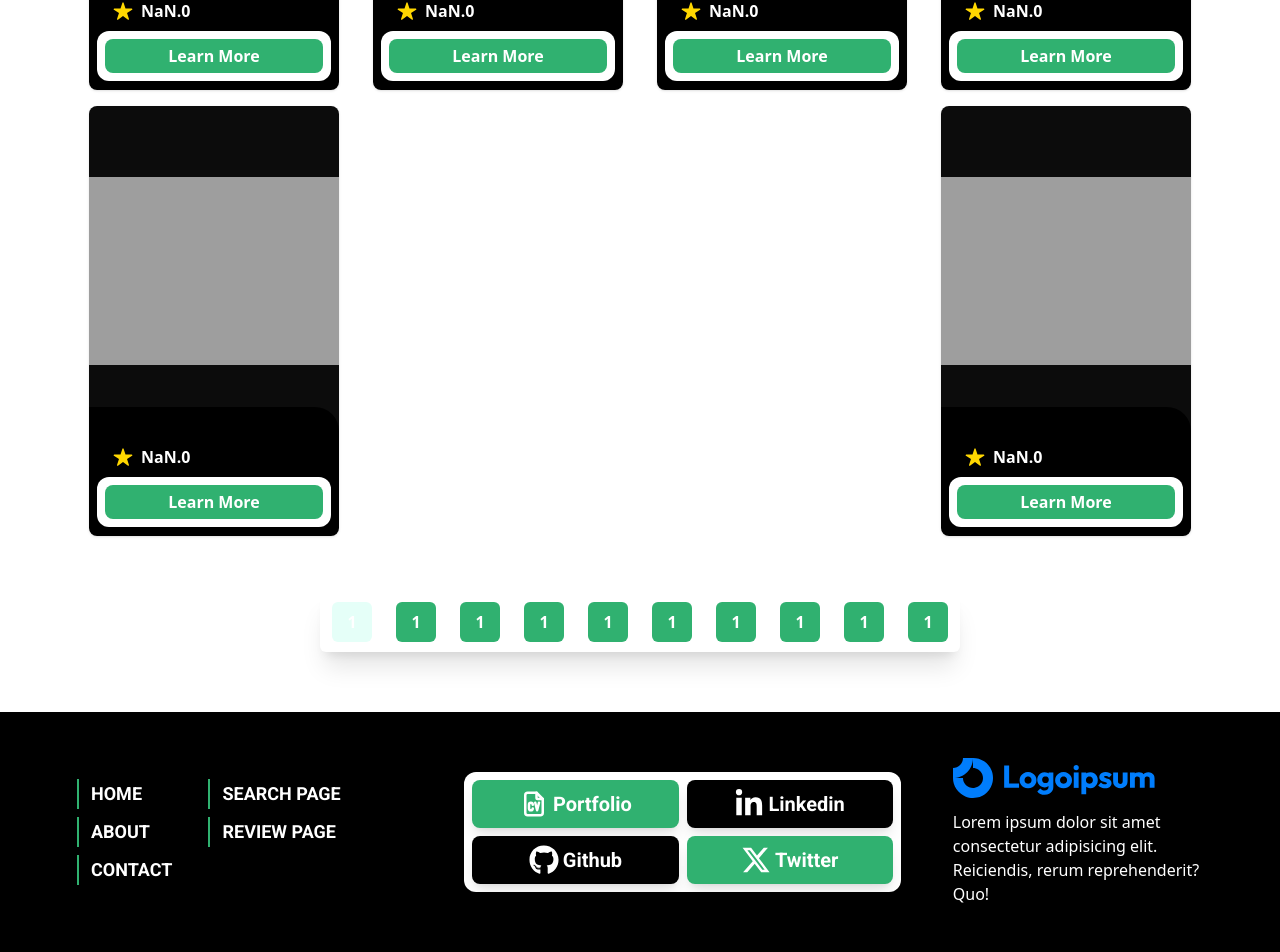
Repository: jayantatech/FrameFlick
Page: /movies
These files come from the project's save history. The page is drawn as it stood at one moment and after a run of saves; the edit follows.
The browser window is 1280 px wide. The pictures show the part of the page from y = 1136 to 2088 px (the page is 2088 px tall).
Pictures or frames that could not be fetched are drawn as grey boxes. The page's requests for data from a server got no answer. The project was rebuilt for these pictures with package versions that can differ from the ones it lists, and the page was loaded fresh each time. No one was signed in, and anything a server would have sent is missing. Also part of the build but not shown: vite.config.js, src/components/header/SearchBar.jsx, src/components/sliderComponent/button.css, src/components/sliderComponent/SliderComponent.jsx, src/pages/home/comingAttractions/ComingAttractions.jsx, src/pages/home/currentFavorites/CurrentFavorites.jsx, src/pages/home/movieGenres/MovieGenres.jsx, src/components/responsiveTitle/responsiveTitle.jsx and 11 more.

Above is the page before, as saved 2024-02-13 19:13:14.

### index.html
<!doctype html>
<html lang="en">

<head>
  <meta charset="UTF-8" />
  <link rel="icon" type="image/svg+xml" href="/vite.svg" />
  <meta name="viewport" content="width=device-width, initial-scale=1.0" />
  <link
    href="https://fonts.googleapis.com/css?family=Roboto:100,100italic,300,300italic,regular,italic,500,500italic,700,700italic,900,900italic"
    rel="stylesheet" />
  <link
    href="https://fonts.googleapis.com/css?family=Poppins:100,100italic,200,200italic,300,300italic,regular,italic,500,500italic,600,600italic,700,700italic,800,800italic,900,900italic"
    rel="stylesheet" />
  <title>Vite + React</title>
</head>

<body>
  <div id="root"></div>
  <script type="module" src="/src/main.jsx"></script>
</body>

</html>

### src/main.jsx
import React from "react";
import ReactDOM from "react-dom/client";
import App from "./App.jsx";
import "./index.css";
import { Provider } from "react-redux";
import store from "./store/Store.js";

ReactDOM.createRoot(document.getElementById("root")).render(
  <React.StrictMode>
    <Provider store={store}>
      <App />
    </Provider>
  </React.StrictMode>
);

### src/App.jsx
import React, { useEffect } from "react";
import ContentWrapper from "./components/contentWrapper/ContentWrapper";
import Header from "./components/header/Header";
import SearchBar from "./components/header/SearchBar";
import { fetchDataFromApi } from "./Utils/api";
import { useDispatch, useSelector } from "react-redux";
import { setFilmGenres, setUrl } from "./store/HomeSlice";
import Home from "./pages/home/Home";
import fetchData from "./components/hooks/fetchData";
import VideoPopBox from "./components/videoPopBox/VideoPopBox";
import Footer from "./components/footer/Footer";
import ReviewPage from "./pages/reviewPage/ReviewPage";
import { BrowserRouter, Route, Routes } from "react-router-dom";
import MoviePage from "./pages/moviePage/MoviePage";

/*
main green color - #58DAA8
2nd main color - #30b170
light green color - #E6FFF8
deep Green color - #409E7A
deep Green color 2 - #5EBEA3

*/

const App = () => {
  const { data, loading } = fetchData("configuration");

  const dispatch = useDispatch();
  useEffect(() => {
    dispatch(setUrl(`${data?.images.secure_base_url + "original"}`));
  }, [data]);

  const { data: genresData, loading: genresLoading } = fetchData(
    `genre/movie/list?language=en`
  );
  useEffect(() => {
    dispatch(setFilmGenres(genresData && genresData?.genres));
  }, [genresData]);

  return (
    <BrowserRouter>
      <VideoPopBox />
      <Header />
      <Routes>
        <Route path="/" element={<Home />} />
        <Route path="/review/:film/:id" element={<ReviewPage />} />
        <Route path="/movies" element={<MoviePage />} />
      </Routes>
      {/* <div className=" w-full h-[800px]"></div> */}
      <Footer />
    </BrowserRouter>
  );
};

export default App;

### src/components/contentWrapper/ContentWrapper.jsx
import React from "react";

const ContentWrapper = ({ children }) => {
  return <div className="w-full max-w-[1158px] mx-auto px-4">{children}</div>;
};

export default ContentWrapper;

### src/components/hooks/fetchData.jsx
import React, { useEffect, useState } from "react";
import { fetchDataFromApi } from "../../Utils/api";

const fetchData = (url) => {
  const [data, setData] = useState(null);
  const [loading, setLoading] = useState(null);
  const [error, setError] = useState(null);

  useEffect(() => {
    setLoading(true);
    setData(null);
    setError(null);
    fetchDataFromApi(url)
      .then((res) => {
        if (res?.status === 404) {
          throw new Error("Videos not found for this video");
        } else {
          return res.json();
        }
      })
      .then((data) => {
        setLoading(false);
        setData(data);
      })
      .catch((error) => setError("Something went wrong"));
  }, [url]);

  return { data, loading, error };
};

export default fetchData;

### src/components/videoPopBox/VideoPopBox.jsx
import React, { useEffect, useState } from "react";
import { IoClose } from "react-icons/io5";
import { useDispatch, useSelector } from "react-redux";
import { setVideoPopBox } from "../../store/HomeSlice";
import ReactPlayer from "react-player";

const VideoPopBox = () => {
  const [activeVideo, setActiveVideo] = useState(false);
  const [videoInfo, setVideoInfo] = useState([]);
  const dispatch = useDispatch();
  const { vidboxOn, vidBoxInfo } = useSelector(
    (state) => state.home.VideoPopBox
  );
  useEffect(() => {
    if (vidboxOn) setActiveVideo(vidboxOn);
    if (vidBoxInfo) setVideoInfo(vidBoxInfo);
  }, [vidboxOn, vidBoxInfo]);

  // useEffect(() => {
  //   if (activeVideo) {
  //     document.body.style.overflow = "hidden";
  //   } else {
  //     document.body.style.overflow = "auto";
  //   }
  // }, [activeVideo]);

  function hideVideoBox() {
    dispatch(setVideoPopBox([{ vidBoxOnPass: false, vidBoxInfoPass: {} }]));
    setActiveVideo(false);
  }

  return (
    <div
      className={` fixed w-screen h-screen top-0 left-0 ${
        activeVideo ? "block z-40" : "hidden -z-0"
      }`}
    >
      <div
        className={` relative top-0 left-0 min-h-screen min-w-screen flex items-center justify-center overflow-hidden`}
      >
        <div
          className=" absolute top-0 left-0 w-full h-full bg-[#000000af]"
          onClick={hideVideoBox}
        ></div>
        <div
          className={`w-[840px] h-[540px] max-lg:w-[660px] max-lg:h-[440px] max-md:w-[360px] max-md:h-[240px] bg-[#fff] shadow-xl rounded-xl py-4 px-4 relative transition-all duration-300 ${
            activeVideo ? "translate-y-[0%]" : "translate-y-[150%]"
          }`}
        >
          <div
            className=" w-[50px] h-[50px] bg-[#30B170] hover:bg-[#58DAA8] text-black hover:text-gray-600  absolute -top-5 -right-5 rounded-full flex items-center justify-center text-4xl cursor-pointer"
            onClick={hideVideoBox}
          >
            <IoClose />
          </div>
          <div className=" w-full h-full bg-black">
            {videoInfo && (
              <ReactPlayer
                url={`https://www.youtube.com/watch?v=${videoInfo?.key}`}
                width={"100%"}
                height={"100%"}
              />
            )}
          </div>
        </div>
      </div>
    </div>
  );
};

export default VideoPopBox;

### src/pages/moviePage/MoviePage.jsx
import React from "react";
import HeroMovie from "./heroMovie/HeroMovie";
import AllMovies from "./allMovies/AllMovies";

const MoviePage = () => {
  return (
    <div>
      <HeroMovie />
      <AllMovies />
    </div>
  );
};

export default MoviePage;

### src/pages/moviePage/heroMovie/HeroMovie.jsx
import React, { useEffect, useState } from "react";
import MyImage from "../../../components/myImage/MyImage";
import fetchData from "../../../components/hooks/fetchData";
import { useSelector } from "react-redux";
import MovieHeroInfo from "../../../components/movieHeroInfo/MovieHeroInfo";

const HeroMovie = () => {
  const [storeGen, setStoreGen] = useState([]);
  const [filmInfo, setFilmInfo] = useState([]);
  const [storeRendom, setStoreRendom] = useState(null);
  const { data, loading } = fetchData(`trending/movie/week`);
  const { url, filmGenres } = useSelector((state) => state.home);

  useEffect(() => {
    let rendomData;
    if (data?.results) {
      const genRanNum = Math.floor(Math.random() * 19);
      rendomData = data?.results[genRanNum];
      setStoreRendom(rendomData);
      console.log(data);
    }
  }, [data]);

  // let testData = storeRendom && storeRendom;
  let movieHeroData = storeRendom && storeRendom;
  useEffect(() => {
    let storeGenNum = [];
    if (movieHeroData) {
      filmGenres?.forEach((element) => {
        if (movieHeroData?.genre_ids.includes(element?.id)) {
          storeGenNum.push(element);
        }
      });
    }
    setStoreGen(storeGenNum);
  }, [filmGenres, movieHeroData]);
  console.log(storeGen);
  return (
    <div className=" w-full h-[590px] max-md:h-[670px] bg-black relative">
      <div className=" w-full h-full bg-[#0000005d] absolute top-0 left-0 z-10"></div>
      <div className=" overflow-hidden w-full h-full absolute top-0 left-0 z-0 ">
        <MyImage
          src={`${url}${!loading && movieHeroData?.backdrop_path}`}
          className={"max-lg:scale-150 max-md:scale-[4]"}
        />
      </div>
      <MovieHeroInfo movieHeroData={movieHeroData} storeGen={storeGen} />
    </div>
  );
};

export default HeroMovie;

### src/pages/moviePage/allMovies/AllMovies.jsx
import React from "react";
import ContentWrapper from "../../../components/contentWrapper/ContentWrapper";
import FilmCard from "../../../components/filmCard/FilmCard";

const AllMovies = () => {
  return (
    <div>
      <ContentWrapper>
        <div className=" py-[60px] px-3">
          <div className=" py-3">
            <h2 className=" capitalize text-3xl font-[Roboto] font-bold">
              our Movie suggestions
            </h2>
          </div>
          <div className=" w-full h-auto flex py-6 flex-row flex-wrap gap-4 items-center justify-between">
            <FilmCard />
            <FilmCard />
            <FilmCard />
            <FilmCard />
            <FilmCard />
            <FilmCard />
          </div>
          <div className=" w-full h-auto flex items-center justify-center pt-8">
            <div className=" w-fit px-3 h-[60px] bg-[#fff] shadow-xl rounded-md flex items-center justify-center gap-6">
              <div className=" w-[40px] h-[40px] bg-[#E5FFF8] text-white rounded-md flex items-center justify-center font-semibold">
                1
              </div>
              <div className=" w-[40px] h-[40px] bg-[#30B170] text-white rounded-md flex items-center justify-center font-semibold">
                1
              </div>
              <div className=" w-[40px] h-[40px] bg-[#30B170] text-white rounded-md flex items-center justify-center font-semibold">
                1
              </div>
              <div className=" w-[40px] h-[40px] bg-[#30B170] text-white rounded-md flex items-center justify-center font-semibold">
                1
              </div>
              <div className=" w-[40px] h-[40px] bg-[#30B170] text-white rounded-md flex items-center justify-center font-semibold">
                1
              </div>
              <div className=" w-[40px] h-[40px] bg-[#30B170] text-white rounded-md flex items-center justify-center font-semibold">
                1
              </div>
              <div className=" w-[40px] h-[40px] bg-[#30B170] text-white rounded-md flex items-center justify-center font-semibold">
                1
              </div>
              <div className=" w-[40px] h-[40px] bg-[#30B170] text-white rounded-md flex items-center justify-center font-semibold">
                1
              </div>
              <div className=" w-[40px] h-[40px] bg-[#30B170] text-white rounded-md flex items-center justify-center font-semibold">
                1
              </div>
              <div className=" w-[40px] h-[40px] bg-[#30B170] text-white rounded-md flex items-center justify-center font-semibold">
                1
              </div>
            </div>
          </div>
        </div>
      </ContentWrapper>
    </div>
  );
};

export default AllMovies;

### src/components/myImage/MyImage.jsx
import React from "react";
import { LazyLoadImage } from "react-lazy-load-image-component";
import "react-lazy-load-image-component/src/effects/blur.css";

const MyImage = ({ src, className, alt }) => (
  <div className=" w-full min-h-full flex items-center justify-center overflow-hidden bg-contain">
    <LazyLoadImage
      alt={alt ? alt : "Frameflick"}
      src={src}
      effect="blur"
      width={"100%"}
      height={"100%"}
      className={`${className}`}
    />
  </div>
);

export default MyImage;

### src/components/movieHeroInfo/MovieHeroInfo.jsx
import React, { useEffect, useState } from "react";
import { IoIosStar } from "react-icons/io";
import ContentWrapper from "../contentWrapper/ContentWrapper";
import GenresCard from "../genresCard/GenresCard";
import BothButton from "../bothButton/BothButton";
import ResponsiveTitle from "../responsiveTitle/responsiveTitle";
import ResponsiveText from "../responsiveText/ResponsiveText";
import RattingBox from "../rattingBox/RattingBox";
import DateBox from "../dateBox/DateBox";

const MovieHeroInfo = ({ movieHeroData, storeGen }) => {
  const [storeSlice, setStoreSlice] = useState(null);
  useEffect(() => {
    const slicGen = storeGen && storeGen?.slice(0, 3);
    setStoreSlice(slicGen);
  }, [storeGen]);

  console.log(storeGen);
  return (
    <ContentWrapper>
      <div className=" relative top-0 left-0 w-full h-[590px] max-md:h-[670px] flex items-end justify-center py-4 z-20">
        <div className=" w-full min-h-[270px] max-lg:min-h-[270px] max-md:min-h-[470px] rounded-lg  bg-[#636262] backdrop-filter backdrop-blur-sm bg-opacity-60 p-4 max-lg:px-2 flex flex-row gap-2 max-md:flex-col">
          <div className=" md:w-3/6">
            <h2 className=" text-3xl font-[Roboto] font-bold text-white min-h-[40px]">
              {movieHeroData?.original_title}
            </h2>
            {/* <ResponsiveTitle data={testData} /> */}
            <div className=" w-full h-[40px]  my-2 flex items-center flex-row gap-2 px-2">
              <DateBox data={movieHeroData} />
              <RattingBox data={movieHeroData} />
            </div>
            {
              <div className=" w-full h-[60px] max-md:h-[80px] max-lg:h-[90px] flex items-center justify-start px-2 flex-row gap-2">
                <ResponsiveText data={movieHeroData} upTo={15} />
              </div>
            }
            <div className=" px-2 py-3 flex items-center justify-center gap-2 flex-row">
              <BothButton data={movieHeroData} />
            </div>
          </div>
          <div className=" md:w-3/6 max-h-[210px] max-lg:max-h-[240px] max-md:min-h-[240px] px-3 py-3 flex items-center justify-start gap-6 max-lg:gap-3 flex-wrap flex-col">
            <div className=" w-full py-1 bg-[#000] text-white text-center rounded-md">
              <span className=" font-[Roboto] font-semibold text-lg">
                {" "}
                {movieHeroData?.original_title} Genres
              </span>
            </div>
            <div className=" flex items-center justify-center gap-3 flex-wrap flex-row max-md:flex-row ">
              {storeSlice?.map((item, index) => (
                <GenresCard key={index} item={item} />
              ))}
            </div>
          </div>
        </div>
      </div>
    </ContentWrapper>
  );
};

export default MovieHeroInfo;

### src/components/responsiveText/ResponsiveText.jsx
import React from "react";

const ResponsiveText = ({ data, upTo = 20 }) => {
  function getTheDescription(description) {
    const words = description.split(" ").slice(0, upTo).join(" ") + "...";
    return words;
  }
  return (
    <p className=" font-[Poppins] text-lg text-white ">
      {data && getTheDescription(data?.overview)}
    </p>
  );
};

export default ResponsiveText;

### src/components/bothButton/BothButton.jsx
import React from "react";
import { useDispatch } from "react-redux";
import { setVideoPopBox } from "../../store/HomeSlice";
import fetchData from "../hooks/fetchData";
import { useNavigate } from "react-router";

const BothButton = ({ data }) => {
  const { data: newData, loading: newLoading } = fetchData(
    `movie/${data?.id && data?.id}/videos`
  );
  const oneVideo = newData?.results?.filter((item) => item?.key);
  const oneTrailer = oneVideo && oneVideo[0];

  const dispatch = useDispatch();
  const openVideoBox = () => {
    dispatch(
      setVideoPopBox([{ vidBoxOnPass: true, vidBoxInfoPass: oneTrailer }])
    );
  };

  const navigateNew = useNavigate();

  const navigateToNewPage = () => {
    navigateNew(`/review/${"movie"}/${data?.id}`);
  };
  return (
    <>
      <button
        className=" w-full h-[50px] max-lg:h-[40px] bg-[#000] rounded-md text-white font-bold text-2xl font-[Roboto] hover:scale-95 transition-all duration-300 max-lg:text-xl"
        onClick={openVideoBox}
      >
        Trailer
      </button>
      <button
        className=" w-full h-[50px] bg-[#30B170] rounded-md text-white font-bold text-2xl font-[Roboto]  hover:scale-95 transition-all duration-300 max-lg:h-[40px] max-lg:text-xl"
        onClick={navigateToNewPage}
      >
        Learn More
      </button>
    </>
  );
};

export default BothButton;

### src/components/rattingBox/RattingBox.jsx
import React from "react";
import { IoStar } from "react-icons/io5";

const RattingBox = ({ data }) => {
  const averageVote = data && data?.vote_average;

  const votePointer = Number(
    data && data?.vote_average.toString().split(".")[1]
  );

  return (
    <>
      {
        <div className=" text-lg font-extrabold font-[Roboto] flex items-center justify-start gap-2 px-2 py-1 rounded-lg bg-white md:w-[150px]  max-md:w-[50%]">
          Rating:
          <span className=" text-[#ffd700] text-2xl flex items-center justify-center font-bold">
            <IoStar />
          </span>
          {averageVote &&
            votePointer &&
            `${Math.floor(averageVote)}.${
              votePointer ? votePointer.toString().slice(0, 1) : "0"
            }`}
        </div>
      }
    </>
  );
};

export default RattingBox;

### src/components/dateBox/DateBox.jsx
import React from "react";

const DateBox = ({ data }) => {
  function timeFormath(timeTo) {
    const releaseDate = new Intl.DateTimeFormat("en-US", {
      day: "2-digit",
      month: "short",
      year: "2-digit",
    }).format(new Date(timeTo));
    return releaseDate;
  }
  return (
    <div className=" text-lg font-extrabold font-[Roboto] flex items-center justify-start gap-2 px-2 py-1 rounded-lg bg-white md:w-[160px] max-md:w-[50%]">
      Data:
      <span className="font-bold max-md:text-base">
        {data && timeFormath(data?.release_date)}
      </span>
    </div>
  );
};

export default DateBox;

Loaded but not shown: src/index.css (common file); tailwind.config.js (common file); src/store/HomeSlice.js (34 lines, source omitted); src/Utils/api.js (20 lines, source omitted); src/store/Store.js (10 lines, source omitted); src/assets/icons/index.js (3 lines, source omitted); src/components/header/Header.jsx (153 lines, source omitted); src/components/footer/Footer.jsx (83 lines, source omitted); src/components/filmCard/FilmCard.jsx (105 lines, source omitted)

After the next 2 saves:
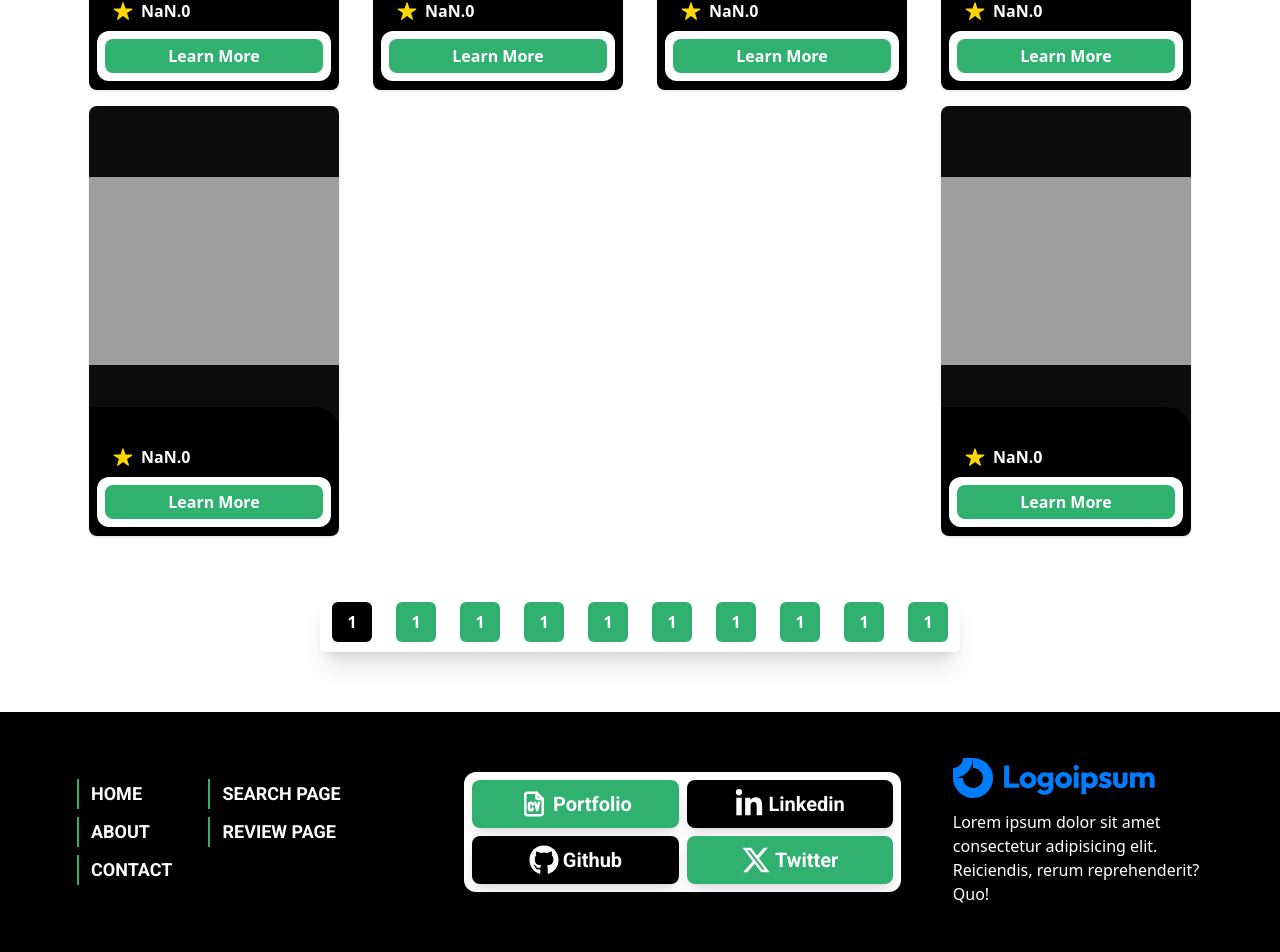
The 2 saves are shown as one change because they came seconds apart.
The last was saved 11 s later.
--- a/src/pages/moviePage/allMovies/AllMovies.jsx
+++ b/src/pages/moviePage/allMovies/AllMovies.jsx
@@ -22,7 +22,7 @@ const AllMovies = () => {
           </div>
           <div className=" w-full h-auto flex items-center justify-center pt-8">
             <div className=" w-fit px-3 h-[60px] bg-[#fff] shadow-xl rounded-md flex items-center justify-center gap-6">
-              <div className=" w-[40px] h-[40px] bg-[#E5FFF8] text-white rounded-md flex items-center justify-center font-semibold">
+              <div className=" w-[40px] h-[40px] bg-[#000] text-white rounded-md flex items-center justify-center font-semibold">
                 1
               </div>
               <div className=" w-[40px] h-[40px] bg-[#30B170] text-white rounded-md flex items-center justify-center font-semibold">
